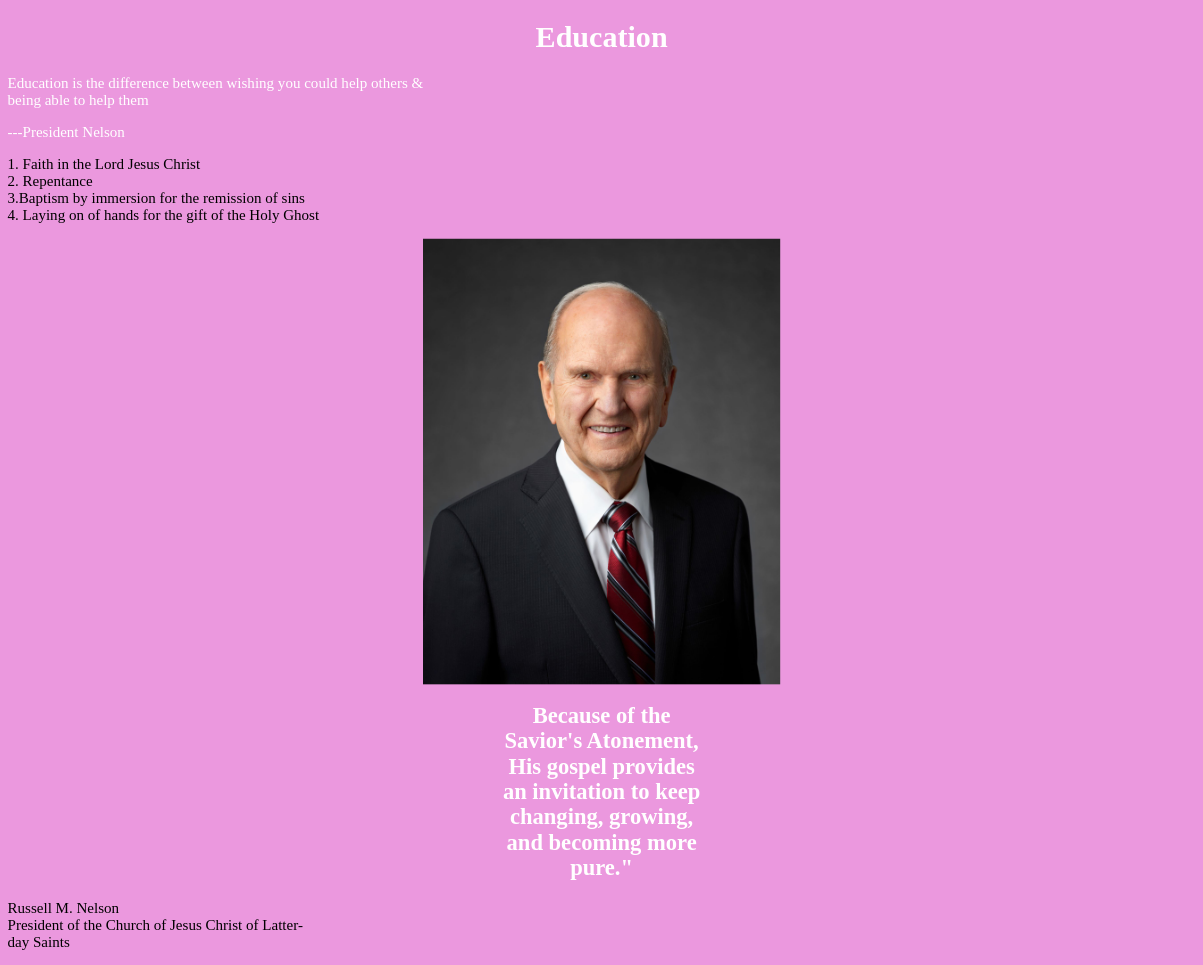
Repository: mszakutumela/wdd130
Page: W04_Challenge/index.html
An editor plug-in stored every save of this project. The page is shown before and after a run of saves, followed by the edit.
The browser window is 1280 px wide. The pictures show the whole page, at 94% of full size.

Above is the page before, as saved 2023-06-05 12:45:35.

### W04_Challenge/index.html
<!DOCTYPE html>
<html lang="en">
<head>
    <title>W04 Challenge</title>
    <link rel="stylesheet" href="styles/styles.css" />
</head>
<body>
    <main>
        <h1>Education</h1>
        <p1>Education is the difference between wishing you could help others & <br>
            being able to help them</P>
        <p2>---President Nelson</p>
        <p3> 1. Faith in the Lord Jesus Christ <br>
            2. Repentance <br>
            3.Baptism by immersion for the remission of sins <br>
            4. Laying on of hands for the gift of the Holy Ghost</p>
        <img alt="Image of President Nelson" src="images/russell_nelson_official_portrait_2018.jpeg">
        <h2>Because of the <br>
            Savior's Atonement, <br>
            His gospel provides <br>
            an invitation to keep <br>
            changing, growing, <br>
            and becoming more <br>
            pure."</h2>
    </main>
    <footer>
        <p>Russell M. Nelson <br>
            President of the Church of Jesus Christ of Latter- <br>
            day Saints</p>
    </footer>

</body>
</html>

### W04_Challenge/styles/styles.css
body {
    /* text-align: center; */
    background-color: rgb(235, 152, 222);
    }
img {
    width: 30%;
    display: block;
    margin: 0 auto;
}
h1 {
    color: white;
    text-align: center;
}
p1 {
    color: white;
    text-align: center;
}
p2 {
    color: white;
    text-align: center;
}
p3 {
    color: black;
    /* text-align: center;   */
}
h2 {
    color: white;
    text-align: center;
}

After the next 2 saves:
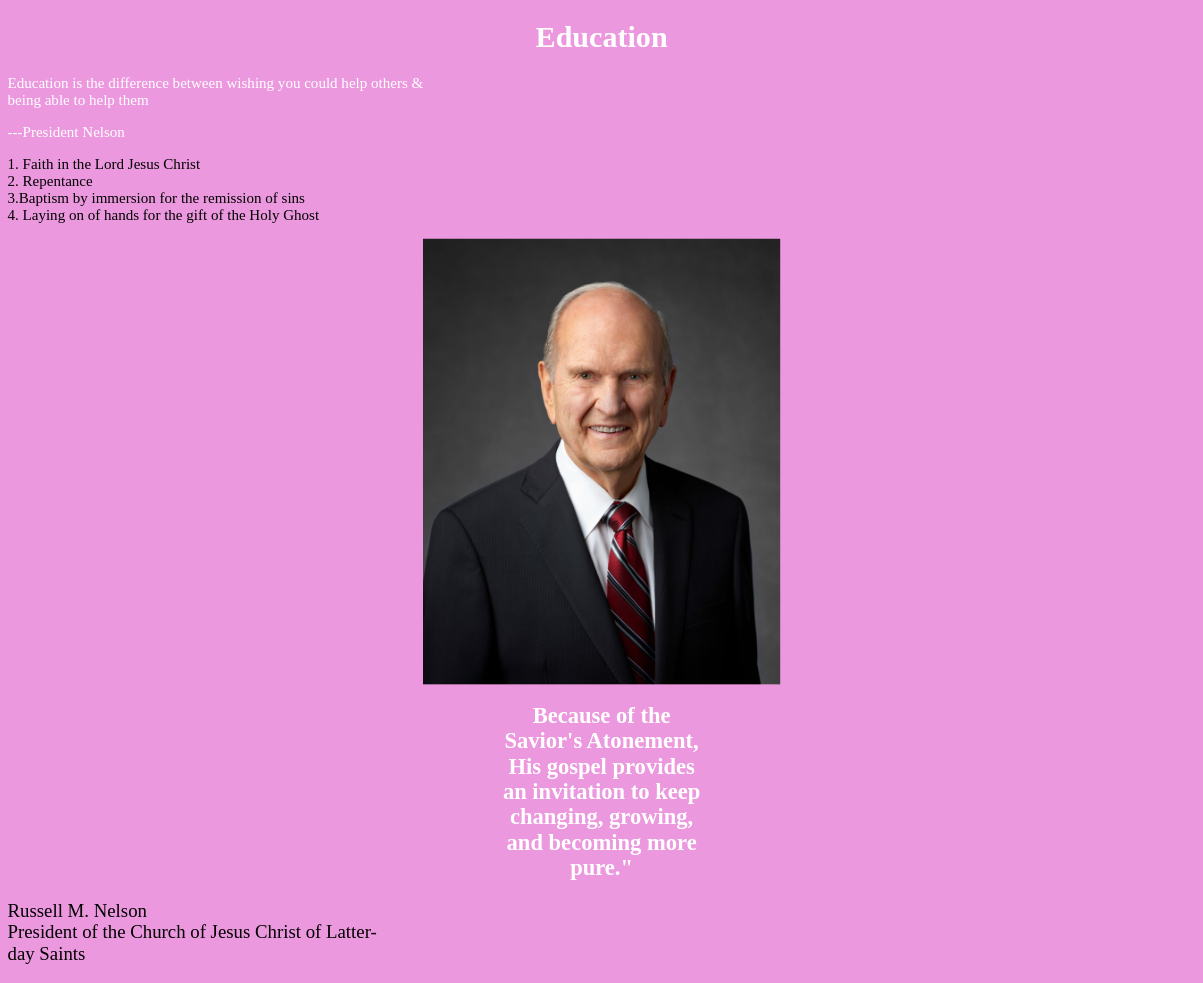
The 2 saves are shown as one change because they came seconds apart.
The last was saved 63 s later.
--- a/W04_Challenge/styles/styles.css
+++ b/W04_Challenge/styles/styles.css
@@ -27,3 +27,6 @@
     color: white;
     text-align: center;
 }
+footer p {
+    font-size: 20px;
+    margin: 20px auto;
